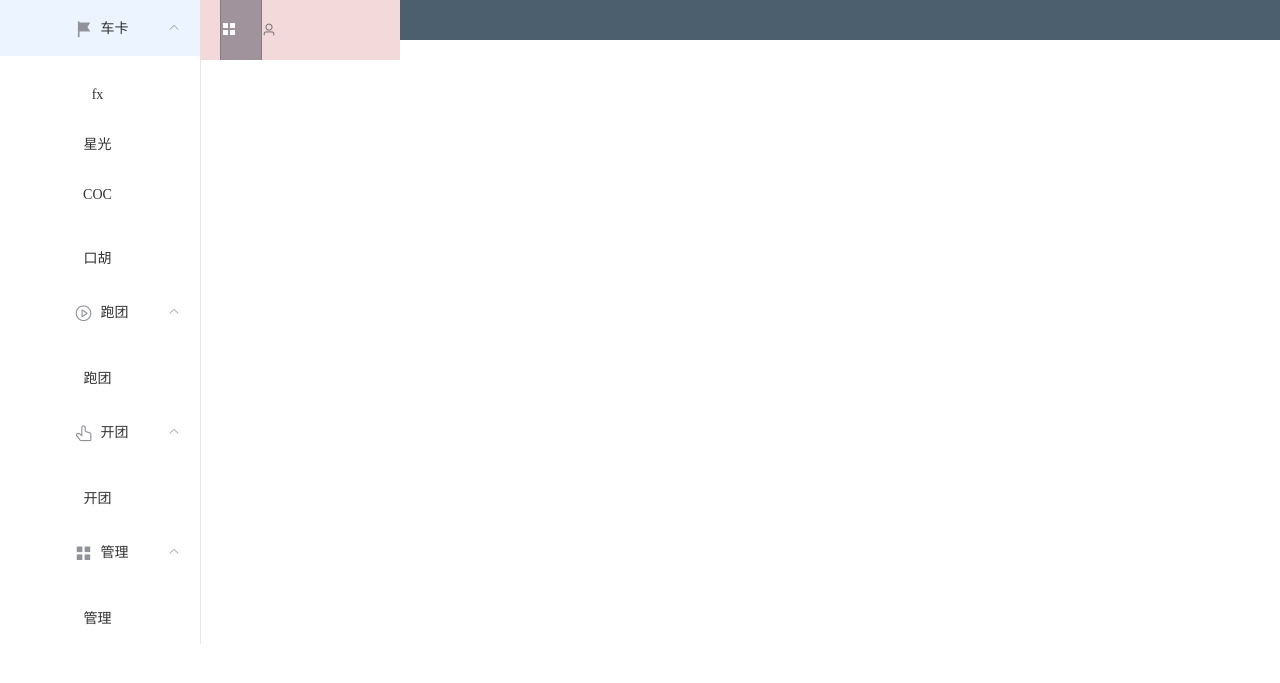
Repository: redlout/ptgkd
Page: /
An editor plug-in stored every save of this project. The page is shown before and after the next save, followed by the edit.
The browser window is 1280 px wide. The pictures show the whole page.
The project was rebuilt for these pictures with package versions that can differ from the ones it lists, and the page was loaded fresh each time. Also part of the build but not shown: src/mock/mock.js, src/views/Login.vue, src/components/SvgIcon/index.vue.

Above is the page before, as saved 2019-09-02 17:58:41.

After the next save:
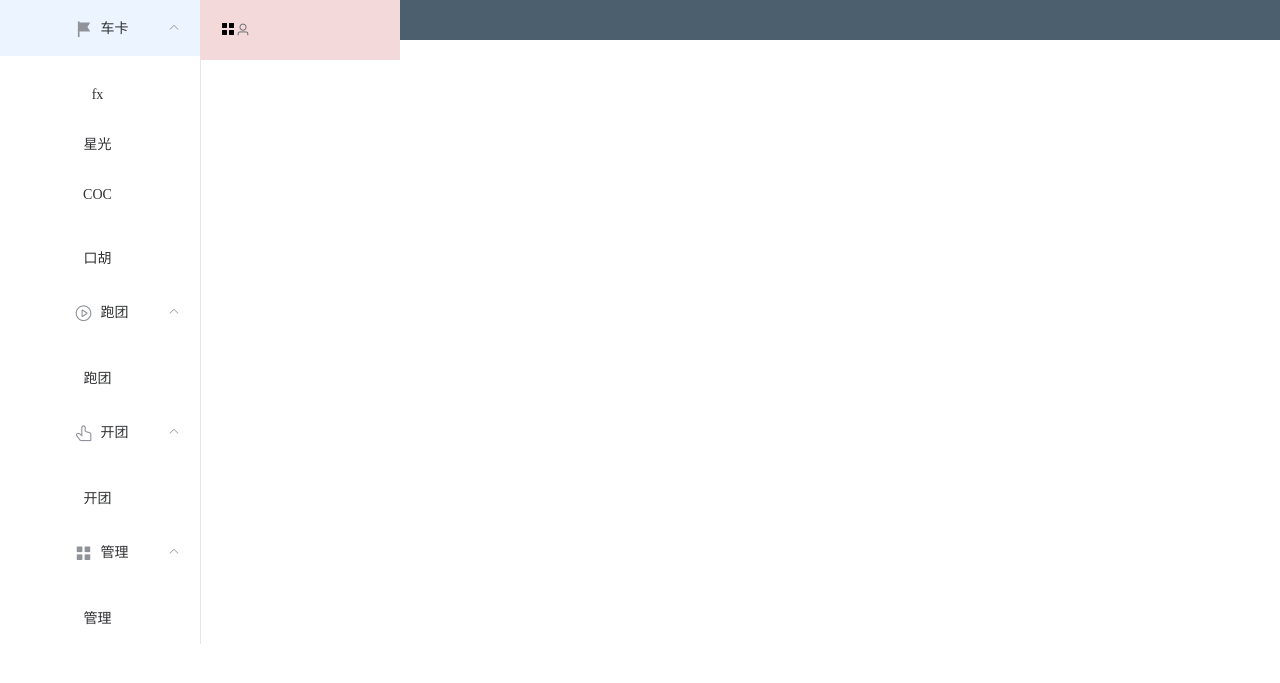
Saved 58 s later.
--- a/src/components/HeadBar/index.vue
+++ b/src/components/HeadBar/index.vue
@@ -1,6 +1,6 @@
 <template>
   <el-header :class="$store.state.collapseState.collapse?'menu-bar-collapse-width':'menu-bar-width'">
-    <span class="collapse-switcher" @click.prevent="collapse">
+    <span @click.prevent="collapse">
       <i class="el-icon-menu"></i>
     </span>
 
